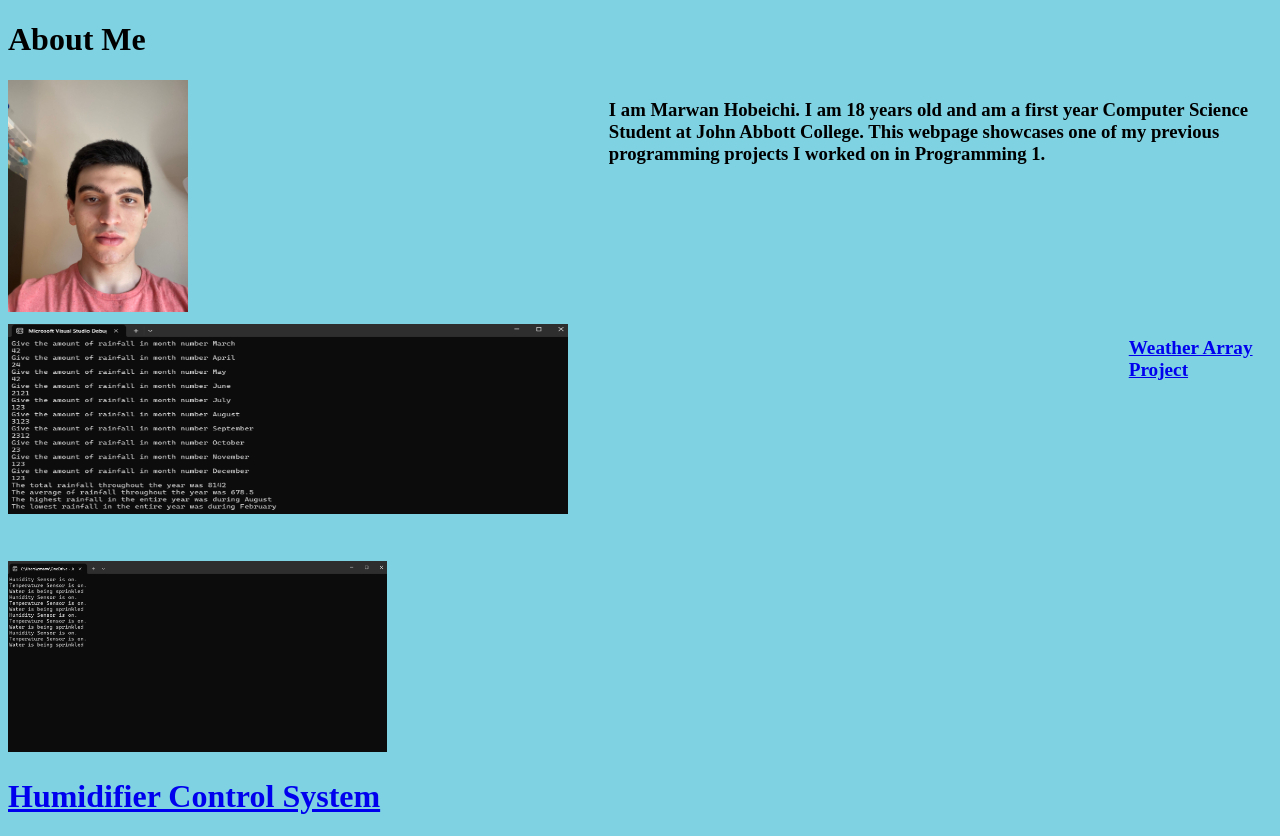
Repository: captainm64/captainm64
Page: index.html
These files come from the project's save history. The page is drawn as it stood at one moment and after the next save; the edit follows.
The browser window is 1280 px wide. The pictures show the whole page.

Above is the page before, as saved 2026-05-14 13:15:38.

### index.html
<!DOCTYPE html>
<html>
    <head>
        <link rel = "stylesheet" href = "./styles/index.css" />
         <link rel = "stylesheet" href = "./styles/global.css" />
         <title>HomePage</title>
    </head>
<body>
<Header id = "Title">
<main>
<h1> About Me </h1>

<div class = "Me">

 <div>
 <img src="./assets/images/Marwan.jpg" alt = "Marwan Hobeichi looking at the camera"/>
 </div>

 <h3> I am Marwan Hobeichi. I am 18 years old and am a first year Computer Science Student at John Abbott College. This webpage showcases one of my previous programming projects I worked on in Programming 1.</h3>

</div>



<div class = "projtxt">

 <div>
 <img src="./assets/images/demo2.png" alt = "Demonstration of an old project"/>
 </div>

 <a href = projectshow.html><h1>Weather Array Project</h1></a>

</div>

<div class = "projtxt2">

 <div>
 <img src="../../assets/images/demo3.png" alt = "Demonstration of an old project"/>
 </div>

 <a href = projectshow2.html><h1>Humidifier Control System</h1></a>

</div>
</main>
</html>

### styles/index.css
html{

   background-color: rgb(126, 210, 226);
}

img{

   height: 55%;
   width: 45%;
}

.Me{

   display: flex;

   flex-direction: column;
}

.projtxt{

   display: flex;

   flex-direction: column;

}

.projtxt img {

   height: 100%;
   width: 100%

}

.demos{

   display: flex;

   justify-content: space-evenly;

   flex-direction: column;

}

.demos{

   height: 50rem;
   width: 80rem
}

.img2{

      height: 30%;
      width: 100%
}

#Main{

font-size: 30rem;
font-family: "timesnewromanbold";
color: rgb(0, 0, 0);


}


/*Tablet*/
@media (min-width: 768px) {

    img{

   height: 95%;
   width: 50%;
   }

   .Me{

   display: flex;

   flex-direction: row;
   }

.projtxt{

      display: flex;
      flex-direction: row;
      font-size: 80%

   }

   .projtxt img {

   width: 50%

  }

  .demos{

   height: 70%;
   width: 150%;


   display: flex;
   flex-direction: row
   }


}

/* laptop */
@media(min-width: 1025px)
{
     img{

   height: 95%;
   width: 30%;
   }


  .Me{

   display: flex;

   flex-direction: row;
   }

   .projtxt{

          display: flex;

      flex-direction: row;

      font-size: 60%
   }


   .projtxt img {

   height: 80%

  }

  .demos{

   height: 70%;
   width: 150%;
    display: flex;
    justify-content: left;
   flex-direction: row
}

}

### styles/global.css

@font-face {

    font-family: "timesnewroman";
    src: url(/assests/fonts/timesnewroman.ttf);
}

After the next save:
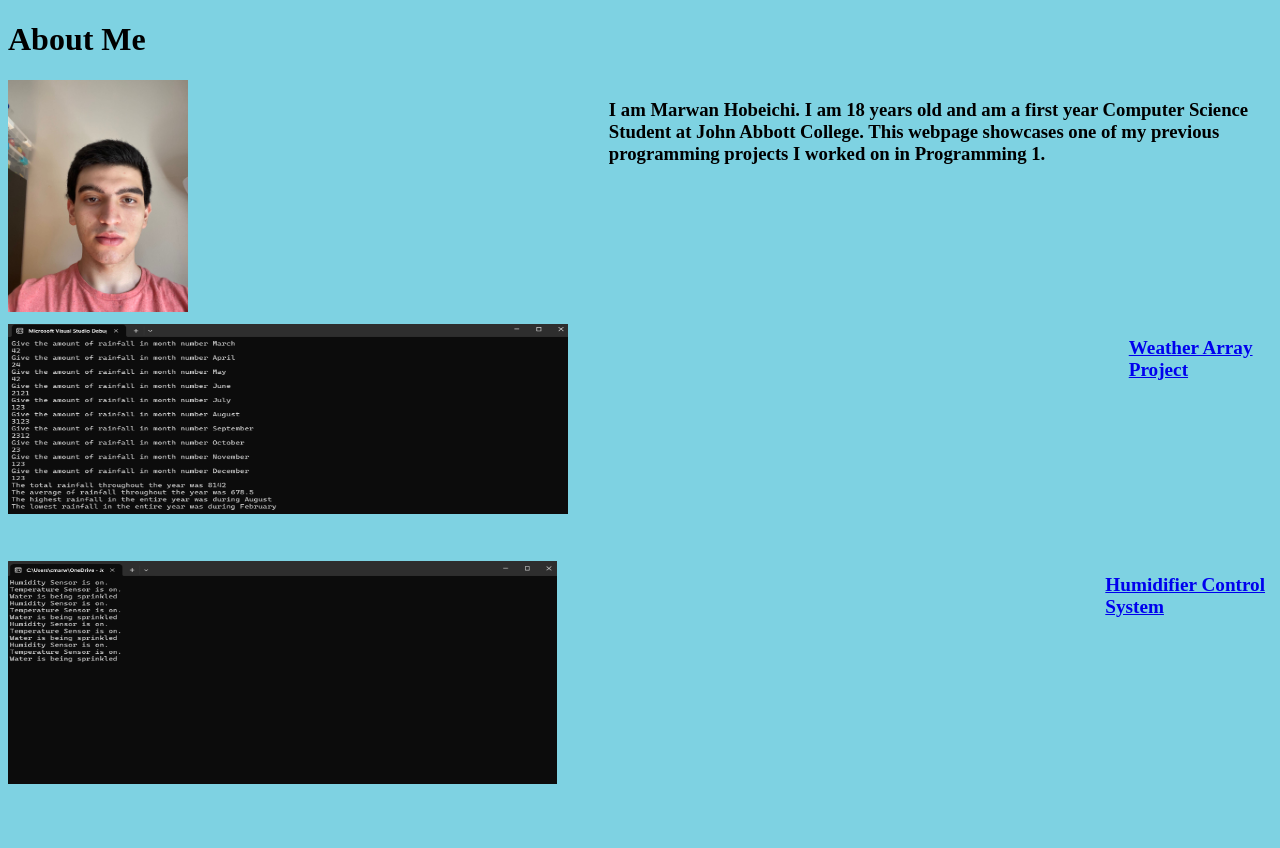
Saved 2 min 18 s later.
--- a/index.html
+++ b/index.html
@@ -32,10 +32,10 @@
 
 </div>
 
-<div class = "projtxt2">
+<div class = "projtxt">
 
  <div>
- <img src="../../assets/images/demo3.png" alt = "Demonstration of an old project"/>
+ <img src="./assets/images/demo3.png" alt = "Demonstration of an old project"/>
  </div>
 
  <a href = projectshow2.html><h1>Humidifier Control System</h1></a>
